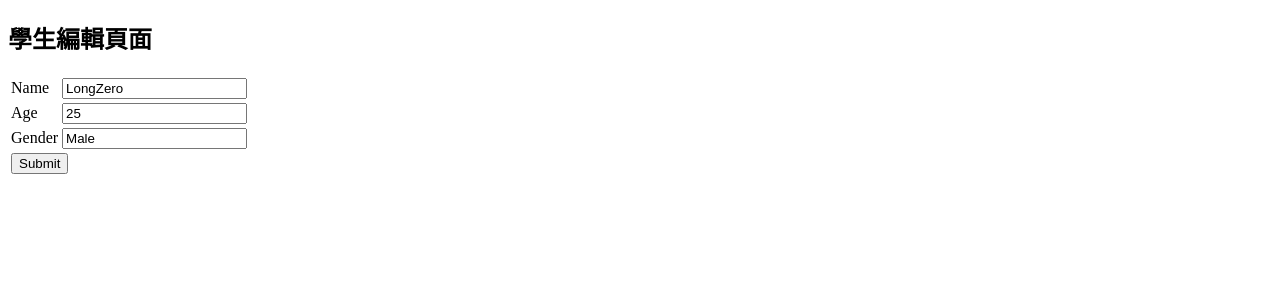
Repository: AirconChen/PracticeSpringMVC
Page: http://localhost/FormSpringMVCWAR/demo/edit
These files come from the project's save history. The page is drawn as it stood at one moment and after the next save; the edit follows.
The browser window is 1280 px wide. The pictures show the whole page.
The page is served by Tomcat 9.

Above is the page before, as saved 2015-11-11 04:15:45.

After the next save:
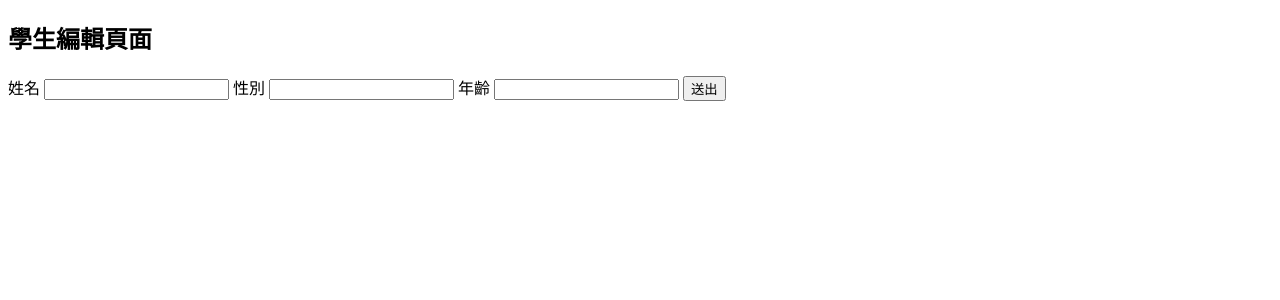
Saved 9 s later.
--- a/FormSpringMVCWAR/WebContent/WEB-INF/jsp/edit.jsp
+++ b/FormSpringMVCWAR/WebContent/WEB-INF/jsp/edit.jsp
@@ -1,6 +1,4 @@
-<%@ page language="java" contentType="text/html; charset=utf-8"
-	pageEncoding="utf-8"%>
-<%@taglib uri="http://www.springframework.org/tags/form" prefix="form"%>
+<%@ page language="java" contentType="text/html; charset=utf-8" pageEncoding="utf-8"%>
 <!DOCTYPE html PUBLIC "-//W3C//DTD HTML 4.01 Transitional//EN" "http://www.w3.org/TR/html4/loose.dtd">
 <html>
 <head>
@@ -9,24 +7,17 @@
 </head>
 <body>
 	<h2>學生編輯頁面</h2>
-	<form:form method="POST" action="/demo/result">
-		<table>
-			<tr>
-				<td><form:label path="name">Name</form:label></td>
-				<td><form:input path="name" /></td>
-			</tr>
-			<tr>
-				<td><form:label path="age">Age</form:label></td>
-				<td><form:input path="age" /></td>
-			</tr>
-			<tr>
-				<td><form:label path="gender">Gender</form:label></td>
-				<td><form:input path="gender" /></td>
-			</tr>
-			<tr>
-				<td colspan="2"><input type="submit" value="Submit" /></td>
-			</tr>
-		</table>
-	</form:form>
+	<form method="POST" action="/demo/result">
+		<label for="name">姓名
+		<input type="text" name="name" value=""/>
+		</label>
+		<label for="gender">性別
+		<input type="text" name="gender" value=""/>
+		</label>
+		<label for="age">年齡
+		<input type="text" name="age" value=""/>
+		</label>
+		<input type="submit" value="送出"/>
+	</form>
 </body>
 </html>
